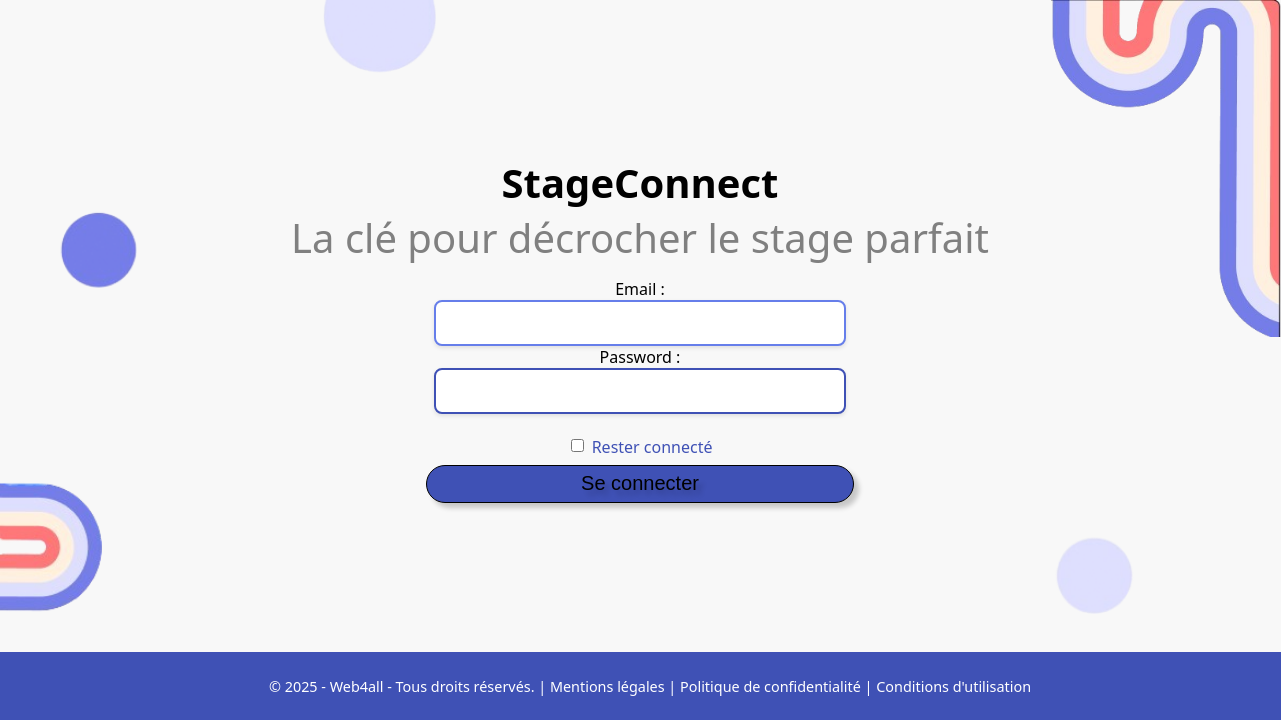
Repository: Guyllem/GroupeWeb
Page: pages/connexion.html
The author's editor kept a copy of each file at every save. The page is drawn from the files as they stood at one save, then again after the next save.
The browser window is 1280 px wide. The page is 1281 px wide, so the pictures cover 1281 px, including what lies to the right of the window. The pictures show the whole page.
The first visible `.email-form input` has the focus.

Above is the page before, as saved 2025-02-13 18:36:30.

### pages/connexion.html
<!DOCTYPE html>
<html lang="fr">
  <head>
    <meta charset="UTF-8" />
    <meta name="viewport" content="width=device-width, initial-scale=1.0" />
    <title>Page Connexion</title>
    <link rel="stylesheet" href="../styles.css" />
  </head>
  <body>
    <header>
      <img class="bulle1" src="../img/bulle1.png" alt="bulle1">
      <img class="arc-en-ciel" src="../img/arc en ciel.png" alt="arc en ciel">
      <h1 class="titre">StageConnect</h1>
      <img class="bulle2" src="../img/bulle2.png" alt="bulle2">
      <p class="slogan">La clé pour décrocher le stage parfait</p>
    </header>
    <main>
        <form>
            <div class="email-form">
                <label for="password">Email :</label><br/>
                <input type="password" id="password">
            </div>
            <div class="password-form">
                <label for="password">Password :</label><br/>
                <input type="password" id="password">
            </div>
            <div class="checkbox-group">
                <input type="checkbox" id="better-connect">
                <label class="stay-connect" for="stay-connect">Rester connecté</label>
            </div>
            <button type="submit" class="submit-btn">Se connecter</button>
        </form>
      <img src="../img/arc en ciel2.png" alt="arc-en-ciel2" class="arc-en-ciel2">
      <img src="../img/bulle3.png" alt="bulle3" class="bulle3">
    </main>
    <footer>
      <p>
        © 2025 - Web4all - Tous droits réservés. |
        <a href="#">Mentions légales</a> |
        <a href="#">Politique de confidentialité</a> |
        <a href="#">Conditions d'utilisation</a>
      </p>
    </footer>
  </body>
</html>

### styles.css
body {
    font-family: system-ui, -apple-system, BlinkMacSystemFont, 'Segoe UI', Roboto, Oxygen, Ubuntu, Cantarell, 'Open Sans', 'Helvetica Neue', sans-serif;
    text-align: center;
    background: #f8f8f8;
    margin: 0;
    padding: 0;
    position: relative;
    overflow: hidden;
}

.titre {
    font-size: 2.5em;
    margin-top: 5%;
    margin-bottom: 0;
}

.slogan {
    color: gray;
    font-size: 2.5em;
    margin-bottom: 1%;
    margin-top: 0;
}

.btn-connexion {
    display: inline-block;
    padding: 0.75rem 10.63rem;
    background-color: #dedeff;
    color: black;
    text-decoration: none;
    border-radius: 0.75rem;
    border: 0.063rem solid #000;
    box-shadow: 0.313rem 0.313rem 0.313rem rgba(0, 0, 0, 0.2);
    font-size: 1.25em;
    text-shadow: 0.313rem 0.313rem 0.313rem rgba(0, 0, 0, 0.2);
    transition: all 0.3s ease;
}

.btn-connexion:hover {
    background-color: #b3b3ff;
    transform: scale(1.05);
    box-shadow: 0.5rem 0.5rem 0.5rem rgba(0, 0, 0, 0.3);
}

footer {
    background-color: #3F51B5;
    color: white;
    font-size: 0.9em;
    padding: 0.625rem;
    position: fixed;
    bottom: 0;
    width: 100%;
}

footer a {
    color: white;
    text-decoration: none;
}

.arc-en-ciel{
    position: absolute;
    right: -0.1%;
    top: 0;
    width: 18%;
    height: auto;
    margin: 0;
    padding: 0;
}


.bulle1{
    position:relative;
    margin: 0;
    padding: 0;
    width: 11%;
    height: auto;
    right: 20%;
}

.bulle2{
    position:absolute;
    margin: 0;
    padding: 0;
    width: 8%;
    right: 88%;
    top: 40%;
}

.bulle3{
    position:absolute;
    margin: 0;
    padding: 0;
    width: 9%;
    right: 10%;
    top: 105%;
}

.arc-en-ciel2{
    position:absolute;
    margin: 0;
    padding: 0;
    width: 9%;
    left: 0;
    top: 95%;
}

.submit-btn{
    display: inline-block;
    padding: 0.40rem 9.63rem;
    background-color: #3F51B5;
    color: black;
    text-decoration: none;
    border-radius: 1.5rem;
    border: 0.063rem solid #000;
    box-shadow: 0.313rem 0.313rem 0.313rem rgba(0, 0, 0, 0.2);
    font-size: 1.25em;
    text-shadow: 0.313rem 0.313rem 0.313rem rgba(0, 0, 0, 0.2);
    transition: all 0.3s ease;
}

.stay-connect{
    color:#3F51B5;
}

#better-connect{
    accent-color: #3F51B5;
    margin-top: 2%;
    margin-bottom: 1%;
}

.email-form input{
    width: 30%;
    padding: 12px;
    border: 2px solid #3F51B5;
    border-radius: 8px;
    font-size: 1rem;
    color: #2d3748;
    background-color: #ffffff;
    transition: all 0.3s ease;
    box-shadow: 0 2px 4px rgba(0, 0, 0, 0.1);
}

.password-form input{
    width: 30%;
    padding: 12px;
    border: 2px solid #3F51B5; /* Bordure grise */
    border-radius: 8px; /* Coins arrondis */
    font-size: 1rem; /* Taille de la police */
    color: #2d3748; /* Couleur du texte */
    background-color: #ffffff; /* Fond blanc */
    transition: all 0.3s ease; /* Transition fluide */
    box-shadow: 0 2px 4px rgba(0, 0, 0, 0.1);
}

.email-form input:focus{
    border-color: #667eea; /* Bordure bleue */
    outline: none; /* Supprime la bordure par défaut */
    box-shadow: 0 0 0 3px #;
}

After the next save:
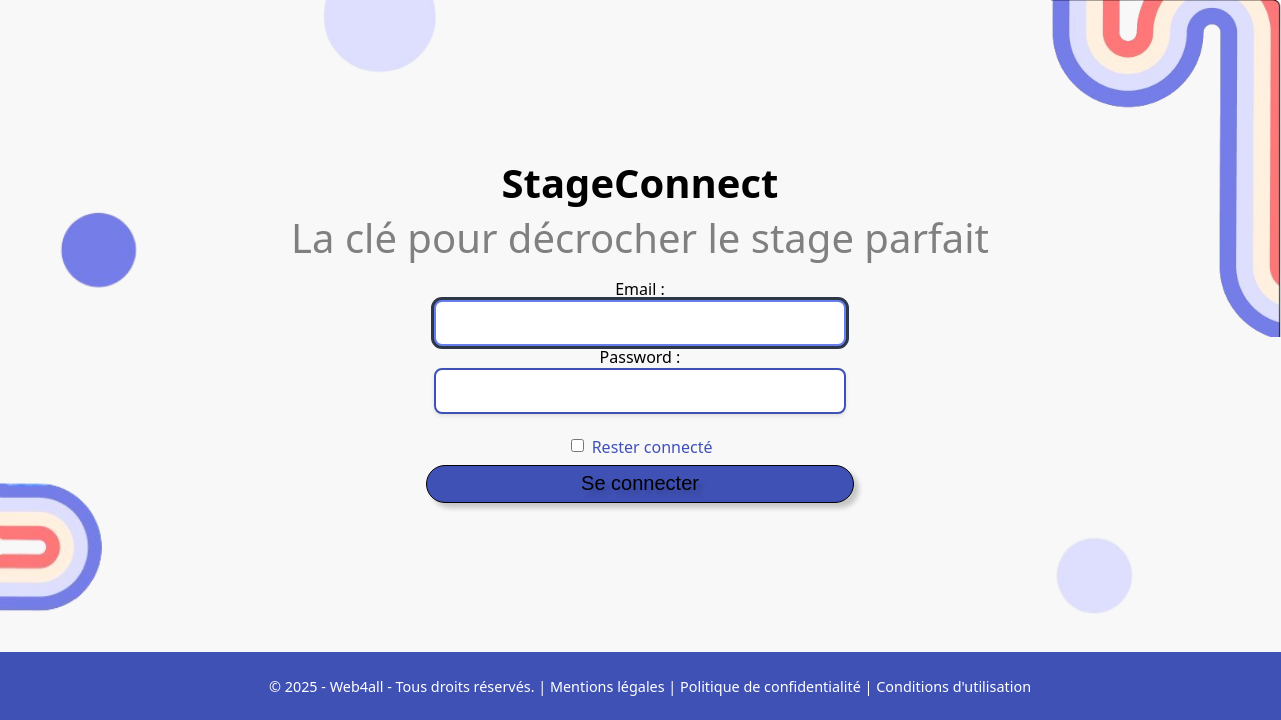
Saved 4 s later.
--- a/styles.css
+++ b/styles.css
@@ -154,5 +154,5 @@ footer a {
 .email-form input:focus{
     border-color: #667eea; /* Bordure bleue */
     outline: none; /* Supprime la bordure par défaut */
-    box-shadow: 0 0 0 3px #;
+    box-shadow: 0 0 0 3px #2d3748;
 }
